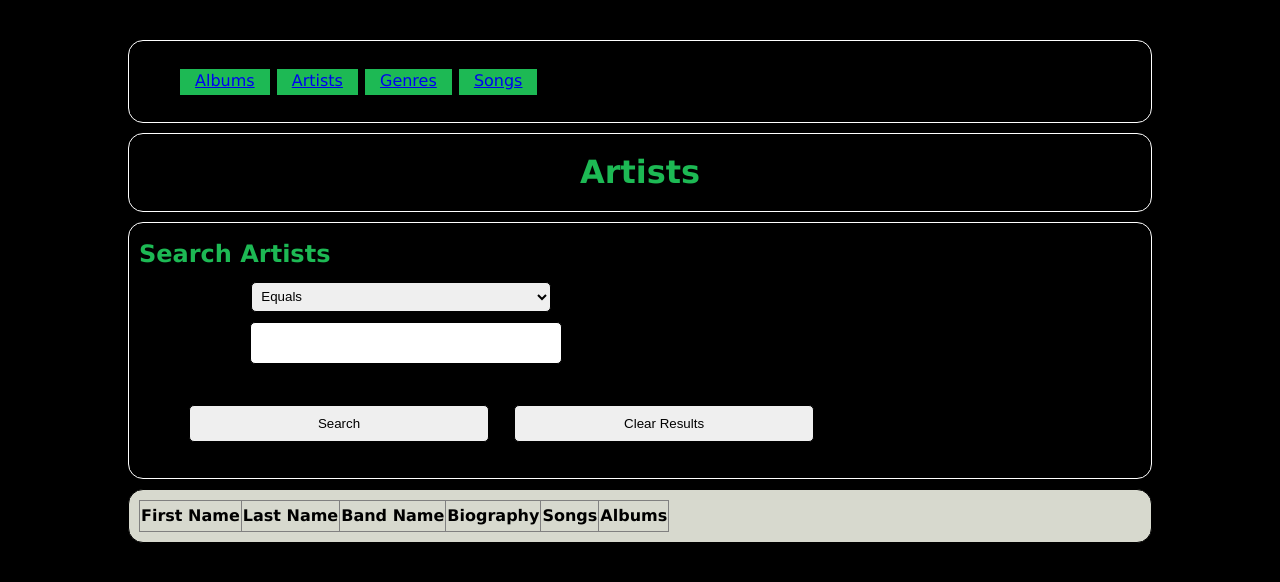
Repository: RRGTHWAR/bkg16_INFSCI1017
Page: bkg16_Music_FinalProject/WebContent/artist.html
These files come from the project's save history. The page is drawn as it stood at one moment and after the next save; the edit follows.
The browser window is 1280 px wide. The pictures show the whole page.

Above is the page before, as saved 2019-04-18 01:32:14.

### bkg16_Music_FinalProject/WebContent/artist.html
<!DOCTYPE html>
<html>
<head>
<meta charset="UTF-8">
<title>Artists</title>
<link href="css/style.css" rel="stylesheet" type="text/css" />
<script src="js/jquery-3.3.1.min.js"></script>
</head>
<body>
	<div id="navBar">
		<ul>
			<li><a href="album.html" title="Albums">Albums</a></li>
			<li><a href="artist.html" title="Artists">Artists</a></li>
			<li><a href="genre.html" title="Genres">Genres</a></li>
			<li><a href="song.html" title="Songs">Songs</a></li>
		</ul>
	</div>
	<h1 id="mainHeader" >Artists</h1>
	<div id="artistSearch" class="searchBox" >
		<h2>Search Artists</h2>
		<div>
			Search Type:
			<select name="searchType" id="searchType" class="textField">
				<option value="equals">Equals</option>
				<option value="begins">Begins</option>
				<option value="ends">Ends</option>
				<option value="contains">Contains</option>
				<option value="">All</option>
			</select>
		</div>
		<div>
			Artist Name: <input type="text" id="artistName" name="artistName" value="" class="textField" />
		</div>
		<div id="btns" >
			<ul>
				<li><input type="button" id="btnSearch" name="btnSubmit" class="actButton" value="Search" /></li>
				<li><input type="button" id="btnClear" name ="btnClear" class="actButton" value="Clear Results" /></li>
			</ul>
		</div>
	</div>

	<div id="searchResults">
		<div id="targetName" ></div>
		<table border="1" id="tblSearchResults">
			<tr>
				<th>First Name</th>
				<th>Last Name</th>
				<th>Band Name</th>
				<th>Biography</th>
				<th>Songs</th>
				<th>Albums</th>
			</tr>
		</table>
	</div>

	</body>
	<script>

		$(document).ready(function (){

			// Check for song ID in address (which would mean the page was reached via a song link).
			// If song ID exists, retrieve song title via SongWS.
			if (window.location.href.indexOf("?songID=") > -1) {
				var addy = window.location.href;
				var songID = addy.substring(addy.indexOf("=") + 1);
				var songTitle = ""
					var url = "SongWS?songID=" + songID;
					$.get(url, function(resp) {
						songTitle = resp.title;
						// Add h2 with song title.
						var targetName = "<h2>Song Title: " + songTitle + "</h2>";
						$("#targetName").append(targetName);
					});
				// Pull list of artists associated with target song.
				var url = "ArtistListWS?songID=" + songID;
				$.get(url, function(resp){
					parseArtistData(resp);
				})
			};

			// Check for album ID in address (which would mean the page was reached via an album link).
			// If song ID exists, retrieve song title via SongWS.
			if (window.location.href.indexOf("?albumID=") > -1) {
				var addy = window.location.href;
				var albumID = addy.substring(addy.indexOf("=") + 1);
				var albumTitle = ""
					var url = "AlbumWS?albumID=" + albumID;
					$.get(url, function(resp) {
						albumTitle = resp.title;
						// Add h2 with album title.
						var targetName = "<h2>Album Title: " + albumTitle + "</h2>";
						$("#targetName").append(targetName);
					});
				// Pull list of artists associated with target album.
				var url = "ArtistListWS?albumID=" + albumID;
				$.get(url, function(resp){
					parseArtistData(resp);
				})
			};

			// Load "Clear" button functionality.
			$("#btnClear").click(function (){
				clearResultsTable();
			});

			// Load "Search" button functionality.
			$("#btnSearch").click(function (){
				search();
			});

			// Autocomplete listener that activates if more than two characters have bene entered in search term field.
			$("#artistName").keyup(function(){
				var keyPressed = $("#artistName").val();
				if(keyPressed.length > 2) {
					search();
				} else {
					clearResultsTable();
				}
			});
		});

		// Main search function.
		function search(optSearchType) {
			clearResultsTable();
			var artistName = $("#artistName").val();
			var searchType = "";
			// Logic for dealing with optional parameters.
			if(optSearchType === undefined) {
				var searchType = $("#searchType").val();
			} else{
				searchType = optSearchType;
			}
			var url = "ArtistListWS?artistName=" + artistName + "&searchType=" + searchType;
			$.get(url, function(resp){
				parseArtistData(resp);
			})
		}

		function parseArtistData(data){
			var result = "";

			for(var i=0; i < data.length; i++) {
				var tr = $("<tr></tr>"); //Created empty html table row

				//First data cell
				var td = $("<td></td>"); //Created empty html table data
				td.html(data[i].first_name);
				tr.append(td);

				//Second data cell
				td = $("<td></td>");
				td.html(data[i].last_name);
				tr.append(td);

				//Third data cell
				td = $("<td></td>");
				td.html(data[i].band_name);
				tr.append(td);

				//Fourth data cell
				td = $("<td></td>");
				td.html(data[i].bio);
				tr.append(td);

				//Fifth data cell
				td = $("<td class='songLink'></td>");
				var link = "<a href='song.html?artistID=" + data[i].artist_id + "'>View Songs</a>";
				td.html(link);
				tr.append(td);

				//Sixth data cell
				td = $("<td class='albumLink'></td>");
				var link = "<a href='album.html?artistID=" + data[i].artist_id + "'>View Albums</a>";
				td.html(link);
				tr.append(td);

				//Append row to table
				$("#tblSearchResults").append(tr);
			}

		}

		// Function to clear results table when necessary.
		// Source: https://stackoverflow.com/questions/2620181/clear-table-jquery
		function clearResultsTable() {
			$("#tblSearchResults td").parent().remove();
			$("#targetName").remove();
		}

		// Function to make pressing "Enter" the same as clicking "Search."
		//Source: https://memorynotfound.com/detect-enter-keypress-javascript-jquery/
		$(document).keypress(function(e) {
			var keycode = (e.keyCode ? e.keyCode : e.which);
			if (keycode == '13') {
				$("#btnSearch").click();
			}
		});

	</script>
</html>

### bkg16_Music_FinalProject/WebContent/css/style.css
@charset "UTF-8";

html, body {
	background-color: black;
}

body {
	font-family: Verdana, Geneva, sans-serif;
	font-size: 100%;
	width: 80%;
	margin-right: auto;
	margin-left: auto;
	padding: 2.5% 2.5% 0;
	line-height: 1.8;
}

h1, h2, h3, h4, h5, h6, p {
	margin: 0;
	padding: 0;
}

h1, h2, h3, h4, h5, h6 {
	color: #1DB954;
}

p {
	margin-bottom: 1em;
}

#navBar {
	background-color: black;
	border: 1px solid #FFF;
	padding: 10px;
	border-radius: 15px;
}

#navBar ul li {
	background-color: #1DB954;
	margin-left: 0;
	margin-bottom: 10px;
	padding: 2px 15px 5px;
	border: 1px solid #000;
	list-style: none;
	display: inline;
}

#mainHeader {
	background-color: black;
	border: 1px solid #FFF;
	padding: 10px;
	margin-top: 10px;
	border-radius: 15px;
	text-align: center;
}

.searchBox {
	background-color: black;
	border: 1px solid #FFF;
	padding: 10px;
	margin-top: 10px;
	border-radius: 15px;
	margin-bottom: 10px;
}

.textField {
	border: 1px solid #000;
	border-radius: 5px;
	padding: 5px;
	margin: 5px;
	width: 300px;
	height: 30px;
}

#searchResults {
	background-color: #D7D9CE;
	border: 1px solid #000;
	padding: 10px;
	margin-top: 10px;
	border-radius: 15px;
	display: block;
	margin: 0 auto;
}

#btns ul li {
	padding: 10px;
	margin-top: 10px;
	border-radius: 15px;
	text-align: center;
	list-style: none;
	display: inline-block;
}

input[type=button] {
	border: 1px solid #000;
	padding: 10px;
	border-radius: 5px;
	display: inline-block;
	margin: 0 auto;
	width: 300px;
}

#tblSearchResults {
	border-collapse: collapse;
}

#tblSearchResults tr th td {
	border: 1px solid #000;
	padding: 5px;
	border-collapse: collapse;
	display: inline-block;
	margin: 0 auto;
	text-align: center;
}

Loaded but not shown: bkg16_Music_FinalProject/WebContent/js/jquery-3.3.1.min.js (library)

After the next save:
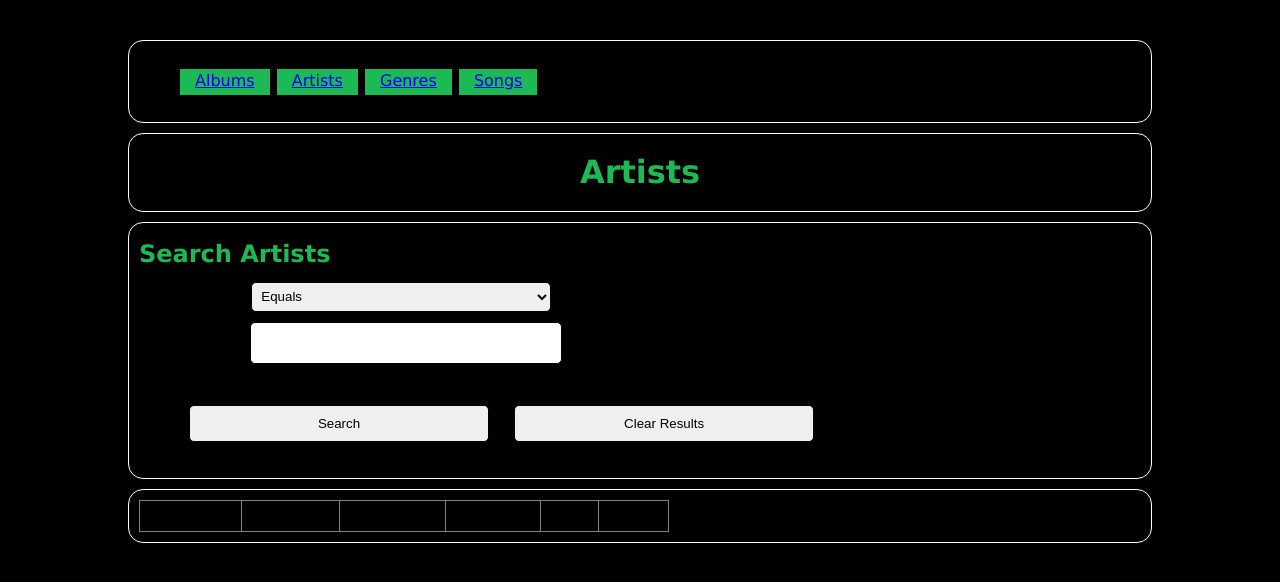
Saved 17 s later.
--- a/bkg16_Music_FinalProject/WebContent/css/style.css
+++ b/bkg16_Music_FinalProject/WebContent/css/style.css
@@ -72,8 +72,8 @@
 }
 
 #searchResults {
-	background-color: #D7D9CE;
-	border: 1px solid #000;
+	background-color: black;
+	border: 1px solid #FFF;
 	padding: 10px;
 	margin-top: 10px;
 	border-radius: 15px;
